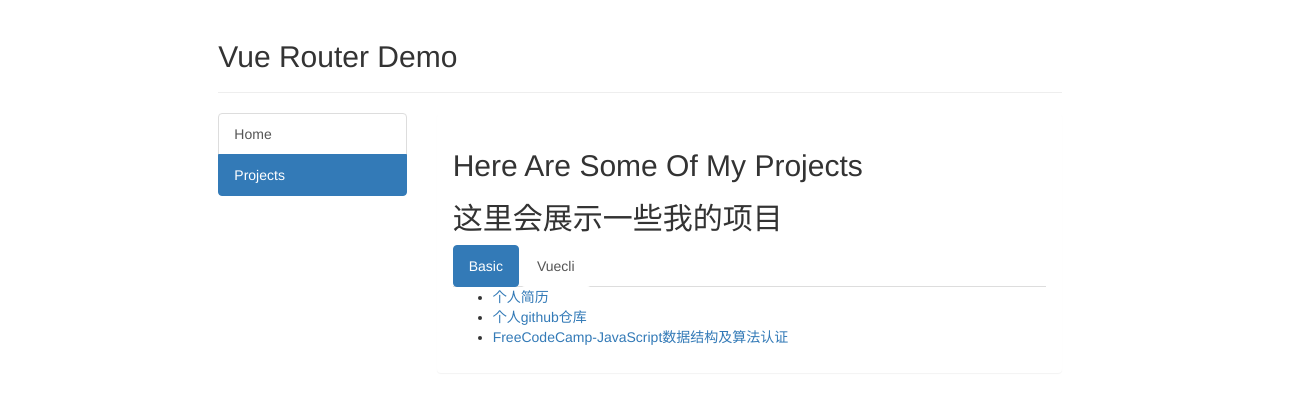
Repository: WAY-C/JSCodes
Page: /#/projects/basic (app in Vue/25路由案例/count/)
The author's editor kept a copy of each file at every save. The page is drawn from the files as they stood at one save, then again after the next save.
The browser window is 1280 px wide. The page is 1295 px wide, so the pictures cover 1295 px, including what lies to the right of the window. The pictures show the whole page.
The project was rebuilt for these pictures with package versions that can differ from the ones it lists, and the page was loaded fresh each time. Also part of the build but not shown: Vue/25路由案例/count/src/pages/Home.vue, Vue/25路由案例/count/src/pages/Vuecli.vue, Vue/25路由案例/count/src/pages/Detail.vue.

Above is the page before, as saved 2021-10-06 21:02:58.

After the next save:
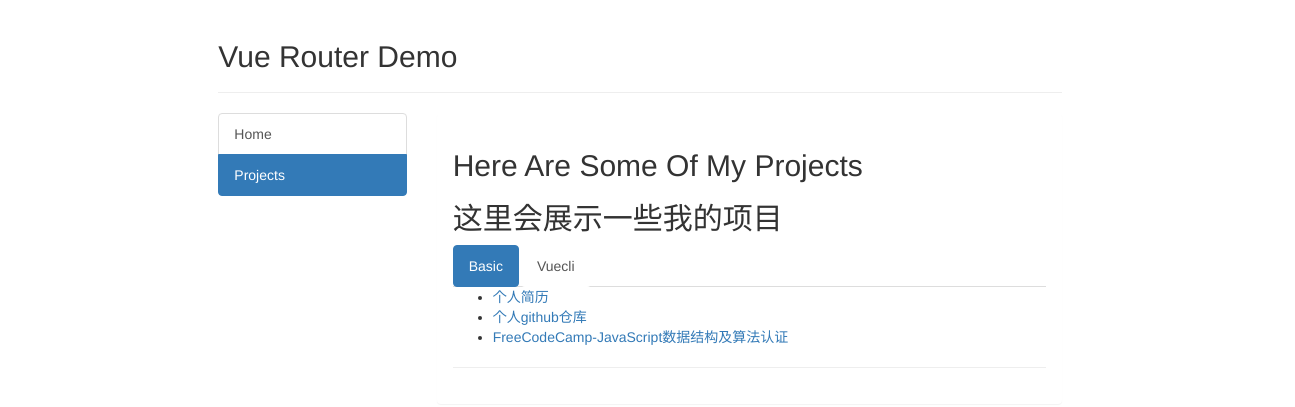
Saved 61 s later.
--- a/Vue/25路由案例/count/src/pages/Basic.vue
+++ b/Vue/25路由案例/count/src/pages/Basic.vue
@@ -15,6 +15,8 @@
         </router-link>
       </li>
     </ul>
+    <hr />
+    <router-view></router-view>
   </div>
 </template>
 
